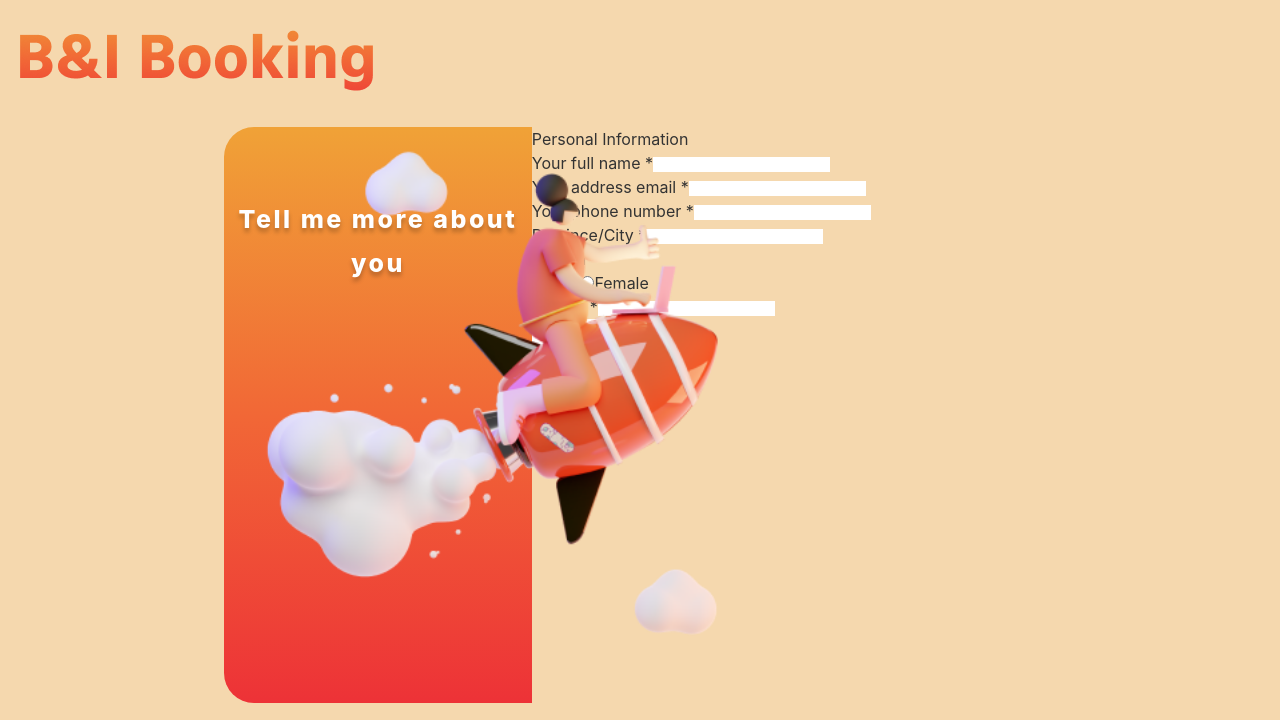
Repository: Grand-Line-PNV/FE-BIBooking
Page: /
These files come from the project's save history. The page is drawn as it stood at one moment and after a run of saves; the edit follows.
The browser window is 1280 px wide. The pictures show the whole page.
The project was rebuilt for these pictures with package versions that can differ from the ones it lists, and the page was loaded fresh each time. Also part of the build but not shown: src/App.css.

Above is the page before, as saved 2023-02-06 10:18:35.

### public/index.html
<!DOCTYPE html>
<html lang="en">

<head>
  <meta charset="utf-8" />
  <link rel="icon" href="%PUBLIC_URL%/logoBIBooking.png" />
  <meta name="viewport" content="width=device-width, initial-scale=1" />
  <meta name="theme-color" content="#000000" />
  <meta name="description" content="Web site created using create-react-app" />
  <link rel="apple-touch-icon" href="%PUBLIC_URL%/logoBIBooking.png" />
  <!--
      manifest.json provides metadata used when your web app is installed on a
      user's mobile device or desktop. See https://developers.google.com/web/fundamentals/web-app-manifest/
    -->
  <link rel="manifest" href="%PUBLIC_URL%/manifest.json" />
  <!--
      Notice the use of %PUBLIC_URL% in the tags above.
      It will be replaced with the URL of the `public` folder during the build.
      Only files inside the `public` folder can be referenced from the HTML.

      Unlike "/favicon.ico" or "favicon.ico", "%PUBLIC_URL%/favicon.ico" will
      work correctly both with client-side routing and a non-root public URL.
      Learn how to configure a non-root public URL by running `npm run build`.
    -->
  <title>B&IBooking</title>
</head>

<body>
  <noscript>You need to enable JavaScript to run this app.</noscript>
  <div id="root"></div>
  <!--
      This HTML file is a template.
      If you open it directly in the browser, you will see an empty page.

      You can add webfonts, meta tags, or analytics to this file.
      The build step will place the bundled scripts into the <body> tag.

      To begin the development, run `npm start` or `yarn start`.
      To create a production bundle, use `npm run build` or `yarn build`.
    -->
</body>

</html>

### src/App.js
import "./App.css";
import { Provider } from "react-redux";
import store from "./redux";
import { faChevronLeft } from "@fortawesome/free-solid-svg-icons";
import { FontAwesomeIcon } from "@fortawesome/react-fontawesome";
import classNames from "classnames/bind";
import Button from "./components/Button/Button";
import PersonalInformation from "../src/view/pages/Influencers/PersonalInformation/index";

const cx = classNames.bind();

function App() {
  return (
    <Provider store={store}>
      <PersonalInformation />
    </Provider>
  );
}

export default App;

### src/styles/GlobalStyles.js
import "./GlobalStyles.scss";

function GlobalStyles({ children }) {
  return children;
}
export default GlobalStyles;

### src/redux/index.js
import { configureStore } from "@reduxjs/toolkit";

const store = configureStore({
	reducer: {
	},
});

export default store;

### src/components/Button/Button.js
import classNames from "classnames/bind"
import { Link } from "react-router-dom";
import styles from './Button.module.scss'

const cx = classNames.bind(styles)

function Button({
    children,
    small=false,
    large=false,
    primary = false,
    outline = false,
    rounded= false,
    text = false,
    disabled = false,
    to, href,className,leftIcon,rightIcon, onClick, ...passProps}) {
    let Comp = 'button';
    const props = {
        onClick,
        ...passProps
    }
    //Remove event listener when btn is disabled

    if(disabled) {
        Object.keys(props).forEach(key =>{
            if(key.startsWith('on') && typeof props[key] === 'function'){
                delete props[key];
            }
        })
    }
    if(to){
        props.to = to
        Comp = Link
    }else if(href){
        props.href = href
        Comp = 'a'
    }
    const classes = cx('wrapper',{
        [className]:className,
        primary,
        outline,
        rounded,
        small,
        large,
        text,
        disabled
    })
    return (
        <Comp className={classes} {...props}>
            {leftIcon && <span className={cx('icon')}>{leftIcon}</span>}
            <span className={cx('title')}>{children}</span>
            {rightIcon && <span className={cx('icon')}>{rightIcon}</span>}

        </Comp>
    )
}

export default Button;

### src/view/pages/Influencers/PersonalInformation/index.js
import React from "react";
import classNames from "classnames/bind";
import styles from "./PersonalInformation.module.scss";
import { Logo, Saly1 } from "../../../../assets/images";
import Button from "../../../../components/Button/Button";

const cx = classNames.bind(styles);

export default function PersonalInformation() {
  return (
    <>
      <div>
        <div className={cx("personalInfor")}>
          <img
            style={{ objectFit: "cover", padding: "30px 20px" }}
            src={Logo}
            alt="LogoB&IBooking"
          />
          <div className={cx("container")}>
            <div className={cx("personalInfor-container")}>
              <div className={cx("block-left")}>
                <p className={cx("personalInfor-title")}>
                  Tell me more about you
                </p>
                <img className={cx("saly1-img")} src={Saly1} alt="Saly1" />
              </div>
              <div className={cx("block-right")}>
                <div className={cx("block-container")}>
                  <div className={cx("dots")}>
                    <span className={cx("dot", "active")}></span>
                    <span className={cx("dot")}></span>
                    <span className={cx("dot")}></span>
                  </div>
                  <div className={cx("information")}>
                    <p className={cx("information-title")}>
                      Personal Information
                    </p>
                    <form className={cx("form")}>
                      <div className={cx("form-control-left")}>
                        <div className={cx("form-group")}>
                          <label className={cx("form-label")}>Your full name *</label>
                          <input className={cx("form-input")} type="email" required />
                        </div>
                        <div className={cx("form-group")}>
                          <label className={cx("form-label")}>Your address email *</label>
                          <input className={cx("form-input")} type="email" required />
                        </div>
                        <div className={cx("form-group")}>
                          <label className={cx("form-label")}>Your phone number *</label>
                          <input className={cx("form-input")} type="email" required />
                        </div>
                        <div className={cx("form-group")}>
                          <label className={cx("form-label")}>Province/City *</label>
                          <input className={cx("form-input")} type="email" required />
                        </div>
                      </div>
                      <div className={cx("form-control-right")}>
                        <div className={cx("form-group")}>
                          <label className={cx("form-label")}>Gender *</label>
                          <div className={cx("input-radio")}>
                            <input type="radio" required />
                            <label>Male</label>
                            <input type="radio" required />
                            <label>Female</label>
                          </div>
                        </div>
                        <div className={cx("form-group")}>
                          <label className={cx("form-label")}>District *</label>
                          <input className={cx("form-input")} type="email" required />
                        </div>
                      </div>
                    </form>
                    <Button>Continue</Button>
                  </div>
                </div>
              </div>
            </div>
          </div>
        </div>
      </div>
    </>
  );
}

### src/styles/GlobalStyles.scss
:root{
    --white:  rgba(255, 255, 255, 1.0);
    --primary: #fe2c55;
    --black: #000;
    --text-color: #333;
}
*{
    margin: 0;
    padding: 0;
    box-sizing: border-box;
}
html{
    font-size:62.5%;
}
body{
    text-rendering: optimizeSpeed;
    font-family: 'ProximaNova', sans-serif;
    font-size: 1.6rem;
    line-height: 1.5;
    color: var(--text-color)
}
button, input,[tabindex]{
    outline: none;
    border: none;
}
a[href]{
    color: var(--text-color);
    text-decoration: none
}

### src/components/Button/Button.module.scss
.wrapper{
    display: inline-flex;
    align-items: center;
    justify-content: center;
    font-size: 1.6rem;
    font-weight:700;
    font-family: 'ProximaNova', sans-serif;
    min-width: 100px;
    padding: 9px 16px;
    border-radius: 4px;
    cursor: pointer;
    background-color: var(--white);
    border: 1px solid transparent;
    user-select: none;

    + .wrapper{
        margin-left:8px;
    }
    &.disabled{
        pointer-events: none;
        opacity: 0.6;
    }
}
//Button types
.rounded{
    border-radius:999px;
    border-width: 1px;
    border-style: solid;
    box-shadow: 0 2px 8px rgb(0 0 0 / 6%);
    border-color: rgba(22, 24, 35, 0.12);

    &:hover{
        border-color: rgba(22, 24, 35, 0.2);
        background-color: rgba(22, 24, 35, 0.03);
    }
}

.primary{
    color: var(--white);
    background-color: var(--primary);
    border-color: var(--primary);
    &:hover{
        border-color: var(--primary);
        background: linear-gradient(0deg, rgba(0, 0, 0, 0.06), rgba(0, 0, 0, 0.06)),#FE2C55;
    }
}
.outline{
    color: var(--primary);
    border-color: currentColor;
    &:hover{
        border-color: currentColor;
        background-color: rgba(254, 44, 85, 0.06);
    }
}
.text{
    &:hover{
        text-decoration: underline;
    }
}
//Disabled

// Button sizes
.small{
    min-width: 88px;
    padding: 4px 16px;
}
.large{
    padding: 14px 16px;
    min-width: 140px;
}
.icon + .title, .title + .icon{
    margin-left: 8px;
}
.icon{
    display: inline-block;
    width: 24px;
    text-align: center;
}

### src/view/pages/Influencers/PersonalInformation/PersonalInformation.module.scss
:root {
  // color
  --Wheat-color: #f5d8ae;
  --SonicSilver-color: #7b7777;
  --Linear-orange-color: linear-gradient(
    180deg,
    #f0a237 0%,
    #f16736 50.31%,
    #ed3237 100%
  );
  --Inter-font-family: "Inter", sans-serif;
}
.personalInfor {
  width: 100%;
  height: 100vh;
  background-color: var(--Wheat-color);
  font-family: var(--Inter-font-family);
  & .container {
    width: 65%;
    // height: 50vh;
    // background-color: white;
    margin: 0 auto;
    border-radius: 20px;
    & .personalInfor-container {
      width: 100%;
      height: 80vh;
      display: flex;
      position: relative;
      & .block-left {
        width: 37%;
        background: var(--Linear-orange-color);
        text-align: center;
        border-top-left-radius: 30px;
        border-bottom-left-radius: 30px;
        & .personalInfor-title {
          padding-top: 70px;
          font-style: normal;
          font-weight: 800;
          font-size: 25px;
          line-height: 44px;
          letter-spacing: 0.1em;
          color: #ffffff;
          text-shadow: 0px 4px 4px rgba(0, 0, 0, 0.25);
        }
        & .saly1-img {
          width: 57rem;
          object-fit: cover;
          position: absolute;
          z-index: 1;
          bottom: 0;
          left: 0;
          transform: translateX(-75px);
        }
      }
      & .block_right {
        width: 63%;
        background-color: white;
        border-radius: 30px;
        transform: translateX(-25px);
        & .block__container {
          width: 90%;
          height: 65vh;
          margin: 0 auto;
          margin-top: 70px;
          position: relative;
          & .dots {
            display: flex;
            gap: 5px;
            & .dot {
              height: 10px;
              width: 10px;
              background-color: #bbb;
              border-radius: 100rem;
            }
            & .active {
              background: var(--Linear-orange-color);
              width: 25px;
            }
          }
          & .information {
            // position: relative;
            // z-index: 100;
            & .information__title {
              margin-top: 20px;
              background: linear-gradient(
                180deg,
                #f0a237 0%,
                #f16736 50.83%,
                #ed3237 100%
              );
              background-clip: text;
              color: transparent;
              font-style: normal;
              font-weight: 800;
              font-size: 25px;
              line-height: 44px;
              letter-spacing: 0.1em;
              text-shadow: 0px 4px 4px rgba(0, 0, 0, 0.25);
              text-align: center;
            }
            & .form {
              display: flex;
        //   background-color: red;
              & .form-control-left {
              }
              & .form-group {
                display: flex;
                flex-direction: column;
                & .form-label {
                  color: var(--SonicSilver-color);
                  font-style: normal;
                  font-weight: 700;
                  font-size: 20px;
                  line-height: 51px;
                }
                & .form-input {
                  background: #ffffff;
                  border: 2px solid #b4aeae;
                  border-radius: 99px;
                  width: 300px;
                  height: 50px;
                  font-size: 20px;
                  text-align: center;
                }
              }
            }
          }
        }
      }
    }
  }
}

### src/assets/images/index.js
import Logo from "./LogoB&IBooking.png";
import Saly1 from "./Saly1.png";

export { Logo, Saly1 };

Loaded but not shown: src/index.js (common file); src/index.css (common file); src/reportWebVitals.js (common file)

After the next 2 saves:
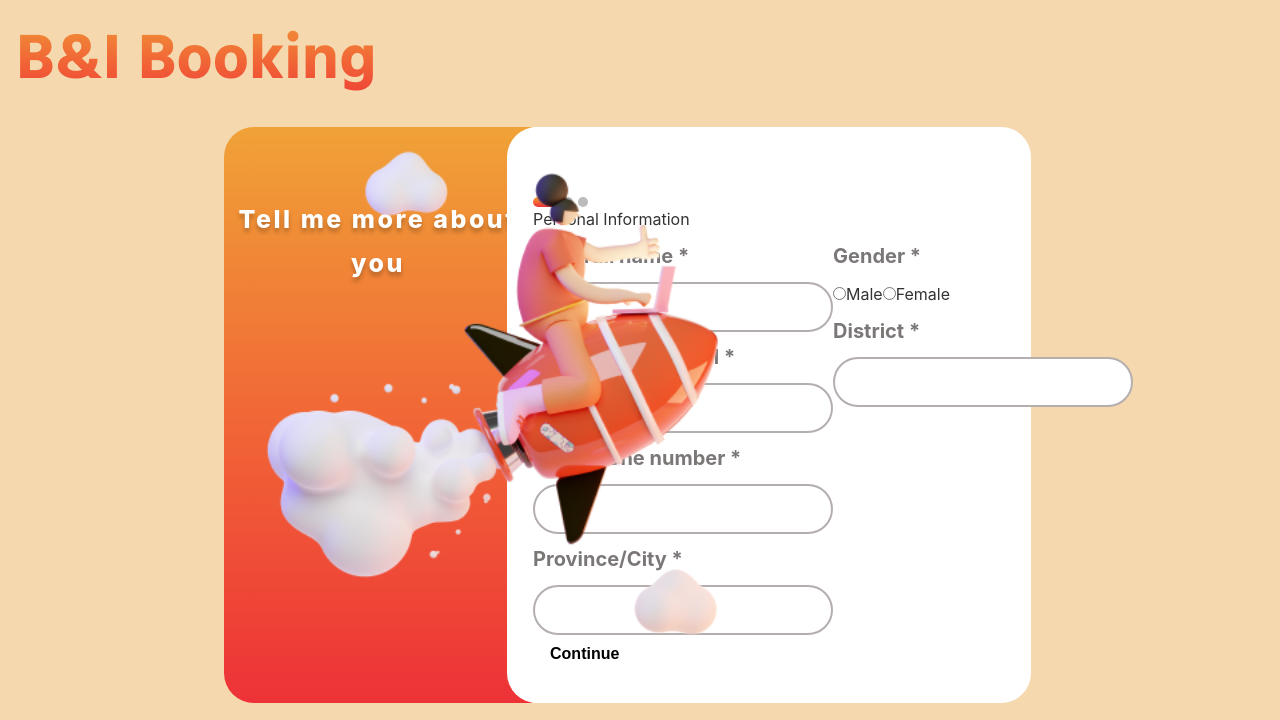
The 2 saves are shown as one change because they came seconds apart.
The last was saved 7 s later.
--- a/src/view/pages/Influencers/PersonalInformation/PersonalInformation.module.scss
+++ b/src/view/pages/Influencers/PersonalInformation/PersonalInformation.module.scss
@@ -52,12 +52,12 @@
           transform: translateX(-75px);
         }
       }
-      & .block_right {
+      & .block-right {
         width: 63%;
         background-color: white;
         border-radius: 30px;
         transform: translateX(-25px);
-        & .block__container {
+        & .block-container {
           width: 90%;
           height: 65vh;
           margin: 0 auto;
